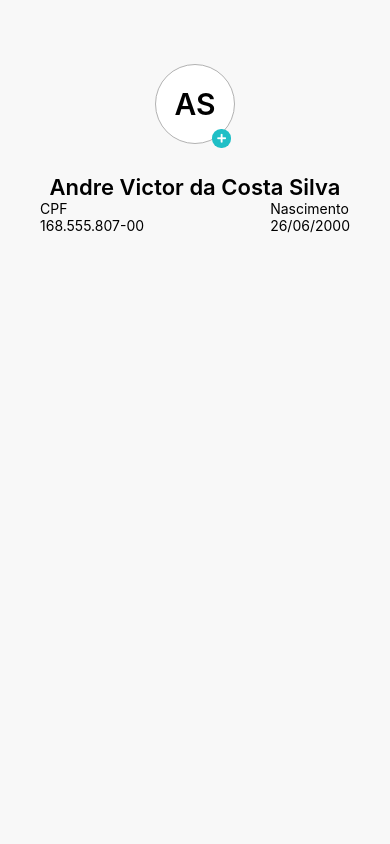
Repository: andre06x/native-estacio
Screen: /
The author's editor kept a copy of each file at every save. The screen is drawn from the files as they stood at one save, then again after the next save.
The app was drawn by React Native's web renderer in a window 390 px wide. The project was rebuilt for these pictures with package versions that can differ from the ones it lists, and the page was loaded fresh each time. Also part of the build but not shown: src/Pages/Login/index.tsx, src/Pages/Home/index.tsx.

Above is the screen before, as saved 2022-03-26 17:35:17.

After the next save:
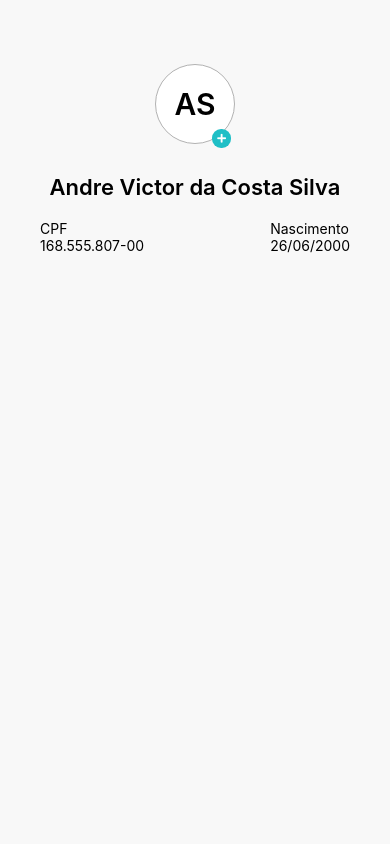
Saved 4 min 47 s later.
--- a/src/Pages/Carteirinha/index.tsx
+++ b/src/Pages/Carteirinha/index.tsx
@@ -20,7 +20,7 @@ const Carteirinha = ({ navigation }: { navigation: any }) => {
 
       <Text style={styles.nome}>Andre Victor da Costa Silva</Text>
 
-      <View style={{flexDirection: "row", justifyContent: "space-between"}}>
+      <View style={{flexDirection: "row", justifyContent: "space-between", marginVertical: 20}}>
 
         <View>
           <Text>CPF</Text>
